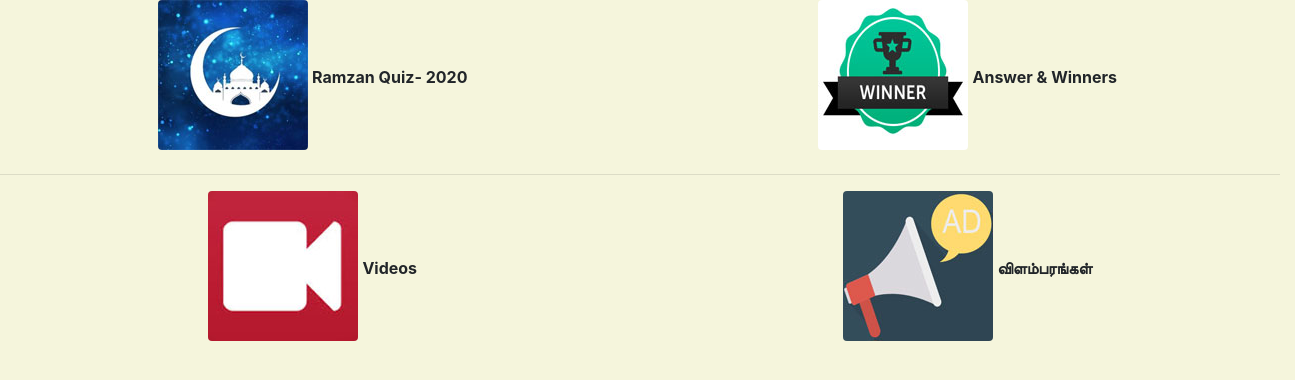
Repository: rsusolutions/RSU-Website
Page: quiz/index.html
The author's editor kept a copy of each file at every save. The page is drawn from the files as they stood at one save, then again after the next save.
The browser window is 1280 px wide. The page is 1295 px wide, so the pictures cover 1295 px, including what lies to the right of the window. The pictures show the whole page.
Some web libraries are served in a nearby version.

Above is the page before, as saved 2020-04-21 20:51:15.

After the next save:
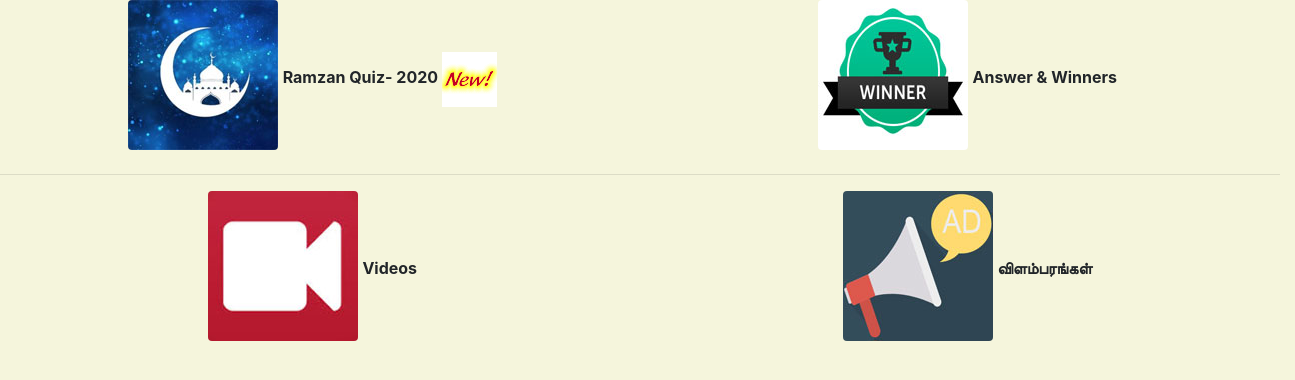
Saved 4 min 1 s later.
--- a/quiz/index.html
+++ b/quiz/index.html
@@ -19,7 +19,7 @@
       <div class="col" style=" text-align: center;">
         <a href="ramzan2019.html">
     <img class="rounded mb-2" alt="100x100" src="img/ramzan.jpg" data-holder-rendered="true"></a>
-    <b>Ramzan Quiz- 2020</b>
+    <b>Ramzan Quiz- 2020 <img src="img/new.gif" alt=""> </b>
     </div>
       <div class="col" style=" text-align: center;">
         <a href="results.html"></a>
